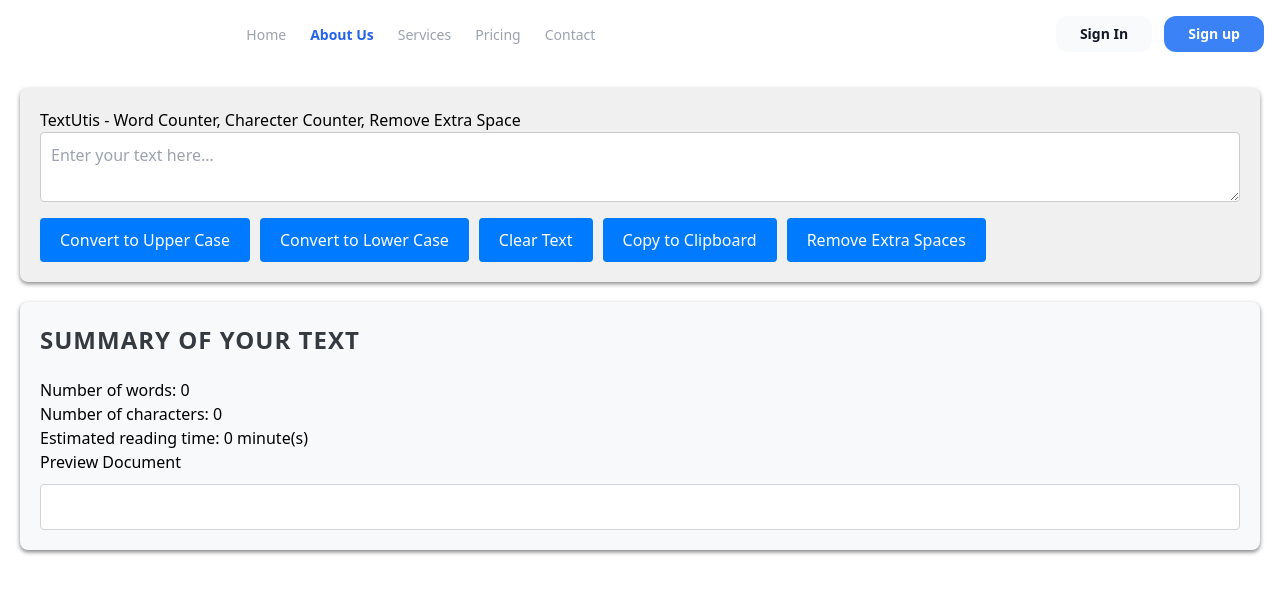
Repository: sriram1224/Text-converter
Page: /
An editor plug-in stored every save of this project. The page is shown before and after a run of saves, followed by the edit.
The browser window is 1280 px wide. The pictures show the whole page.
The project was rebuilt for these pictures with package versions that can differ from the ones it lists, and the page was loaded fresh each time. Also part of the build but not shown: src/App.css.

Above is the page before, as saved 2024-03-27 00:48:27.

### src/App.js
import Home from './Home';
import './App.css';
import Navbar from './Navbar';

function App() {
  return (
    <div className="App">
      <Navbar />
      <Home />
    </div>
  );
}

export default App;

### src/Home.jsx
import React, { useState } from 'react';
import './Home.css';

function InputComponent({ onTextChange }) {
  const [text, setText] = useState('');

  const handleInputChange = (event) => {
    setText(event.target.value);
    onTextChange(event.target.value);
  };

  const convertToUpperCase = () => {
    const upperCaseText = text.toUpperCase();
    setText(upperCaseText);
    onTextChange(upperCaseText);
  };

  const convertToLowerCase = () => {
    const lowerCaseText = text.toLowerCase();
    setText(lowerCaseText);
    onTextChange(lowerCaseText);
  };

  const clearText = () => {
    setText('');
    onTextChange('');
  };

  const copyToClipboard = () => {
    navigator.clipboard.writeText(text);
  };

  const removeExtraSpaces = () => {
    const trimmedText = text.replace(/\s+/g, ' ').trim();
    setText(trimmedText);
    onTextChange(trimmedText);
  };

  return (
      <div className="input-container">
          <h1>TextUtis - Word Counter, Charecter Counter, Remove Extra Space</h1>
      <textarea
        type="text"
        value={text}
        onChange={handleInputChange}
        className="input-field"
        placeholder="Enter your text here..."
      />
      <button onClick={convertToUpperCase} className="btn">Convert to Upper Case</button>
      <button onClick={convertToLowerCase} className="btn">Convert to Lower Case</button>
      <button onClick={clearText} className="btn">Clear Text</button>
      <button onClick={copyToClipboard} className="btn">Copy to Clipboard</button>
      <button onClick={removeExtraSpaces} className="btn">Remove Extra Spaces</button>
    </div>
  );
}

function TextSummary({ text }) {
  const wordCount = text.split(/\s+/).filter((word) => word).length;
  const characterCount = text.length;
  const readingTime = Math.round(wordCount / 200); // assuming an average reading speed of 200 words per minute

  return (
    <div className="summary-container">
      <h1 className="summary-heading">Summary of Your Text</h1>
      <p>Number of words: {wordCount}</p>
      <p>Number of characters: {characterCount}</p>
      <p>Estimated reading time: {readingTime} minute(s)</p>
      <h2>Preview Document</h2>
      <input className="preview-text" value={text} readOnly />
    </div>
  );
}

function Home() {
  const [text, setText] = useState('');

  const handleTextChange = (newText) => {
    setText(newText);
  };

  return (
    <div className="container">
      <InputComponent onTextChange={handleTextChange} />
      <TextSummary text={text} />
    </div>
  );
}

export default Home;

### src/Navbar.jsx
import React, { useState } from 'react';

function Navbar() {
  const [isMenuOpen, setIsMenuOpen] = useState(false);

  const toggleMenu = () => {
    setIsMenuOpen(!isMenuOpen);
  };

  return (
    <nav className="relative px-4 py-4 flex justify-between items-center bg-white">
      <a className="text-3xl font-bold leading-none" href="#">

      </a>
      <div className="lg:hidden">
        <button className="navbar-burger flex items-center text-blue-600 p-3" onClick={toggleMenu}>
          <svg className="block h-4 w-4 fill-current" viewBox="0 0 20 20" xmlns="http://www.w3.org/2000/svg">
            <title>Mobile menu</title>
            <path d="M0 3h20v2H0V3zm0 6h20v2H0V9zm0 6h20v2H0v-2z"></path>
          </svg>
        </button>
      </div>
      <ul className={`lg:flex lg:mx-auto lg:flex lg:items-center lg:w-auto lg:space-x-6 ${isMenuOpen ? '' : 'hidden'}`}>
        <li><a className="text-sm text-gray-400 hover:text-gray-500" href>Home</a></li>
        <li><a className="text-sm text-blue-600 font-bold" href>About Us</a></li>
        <li><a className="text-sm text-gray-400 hover:text-gray-500" href>Services</a></li>
        <li><a className="text-sm text-gray-400 hover:text-gray-500" href>Pricing</a></li>
        <li><a className="text-sm text-gray-400 hover:text-gray-500" href>Contact</a></li>
      </ul>
      <a className="hidden lg:inline-block lg:ml-auto lg:mr-3 py-2 px-6 bg-gray-50 hover:bg-gray-100 text-sm text-gray-900 font-bold rounded-xl transition duration-200" href="#">Sign In</a>
      <a className="hidden lg:inline-block py-2 px-6 bg-blue-500 hover:bg-blue-600 text-sm text-white font-bold rounded-xl transition duration-200" href="#">Sign up</a>
      {isMenuOpen && <div className="navbar-backdrop fixed inset-0 bg-gray-800 opacity-25" onClick={toggleMenu}></div>}
    </nav>
  );
}

export default Navbar;

### src/Home.css
.container {
    margin: auto;
    padding: 20px;
}

.input-container {

    margin: auto;
    background-color: #f0f0f0;
    padding: 20px;
    border-radius: 8px;
    box-shadow: 0 2px 4px rgba(0, 0, 0, 0.46);
}

.input-field {
    width: 100%;
    padding: 10px;
    margin-bottom: 10px;
    border: 1px solid #ccc;
    border-radius: 4px;
    outline: none;
}

.btn {
    padding: 10px 20px;
    margin-right: 10px;
    background-color: #007bff;
    color: white;
    border: none;
    border-radius: 4px;
    cursor: pointer;
    outline: none;
}

.btn:hover {
    background-color: #0056b3;
}

.summary-container {
    margin: 20px auto;
    padding: 20px;
    background-color: #f8f9fa;
    border-radius: 8px;
    box-shadow: 0 2px 4px rgba(0, 0, 0, 0.511);

    transition: all 0.3s ease;
}

.summary-container:hover {
    box-shadow: 0 5px 15px rgba(0, 0, 0, 0.2);
}

.summary-heading {
    font-size: 24px;
    font-weight: bold;
    margin-bottom: 20px;
    color: #343a40;
    text-transform: uppercase;
    letter-spacing: 1px;
}

.preview-text {
    margin-top: 10px;
    padding: 10px;
    border: 1px solid #ced4da;
    border-radius: 4px;
    width: 100%;
    box-sizing: border-box;
    font-size: 16px;
    color: #495057;
    background-color: #ffffff;
    transition: all 0.3s ease;
}

.preview-text:focus {
    border-color: #495057;
    box-shadow: 0 0 0 0.2rem rgba(73, 80, 87, 0.25);
}

### tailwind.config.js
const path = require('path');

module.exports = {
  content: [
    './src/**/*.{html,jsx}',
  ],
  theme: {
    extend: {},
  },
  plugins: [],
};

Loaded but not shown: public/index.html (common file); src/index.js (common file); src/index.css (common file); src/reportWebVitals.js (common file)

After the next 3 saves:
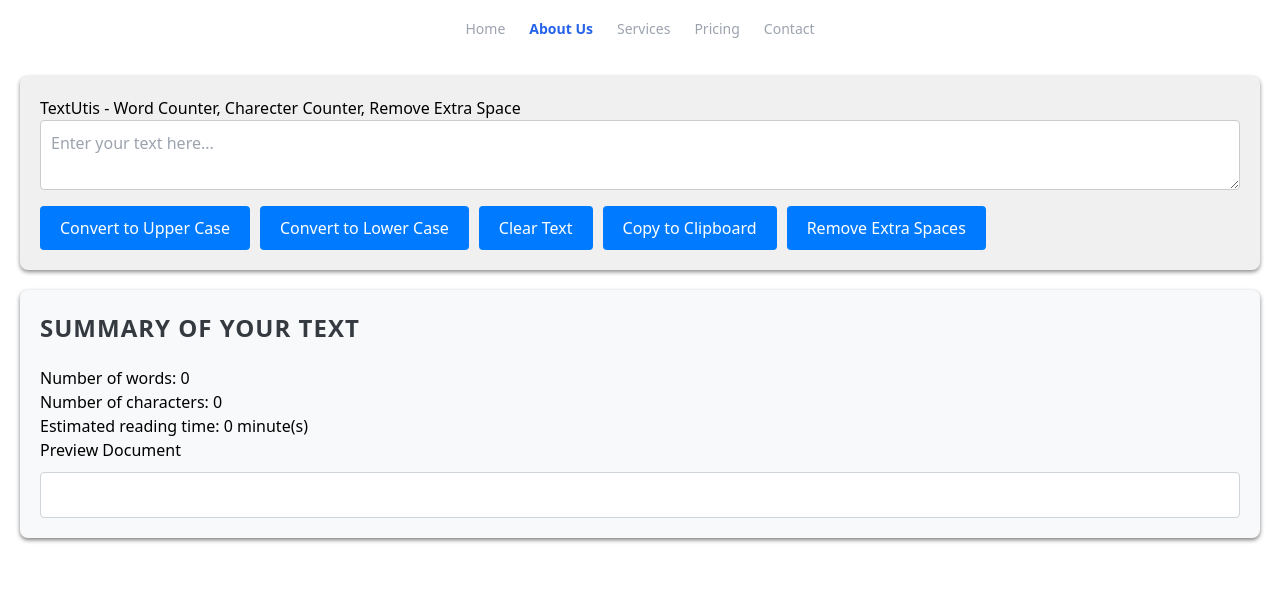
The 3 saves are shown as one change because 1 did not build or start and some came seconds apart.
The last was saved 2 min 23 s later.
--- a/src/Navbar.jsx
+++ b/src/Navbar.jsx
@@ -27,8 +27,7 @@
         <li><a className="text-sm text-gray-400 hover:text-gray-500" href>Pricing</a></li>
         <li><a className="text-sm text-gray-400 hover:text-gray-500" href>Contact</a></li>
       </ul>
-      <a className="hidden lg:inline-block lg:ml-auto lg:mr-3 py-2 px-6 bg-gray-50 hover:bg-gray-100 text-sm text-gray-900 font-bold rounded-xl transition duration-200" href="#">Sign In</a>
-      <a className="hidden lg:inline-block py-2 px-6 bg-blue-500 hover:bg-blue-600 text-sm text-white font-bold rounded-xl transition duration-200" href="#">Sign up</a>
+
       {isMenuOpen && <div className="navbar-backdrop fixed inset-0 bg-gray-800 opacity-25" onClick={toggleMenu}></div>}
     </nav>
   );
